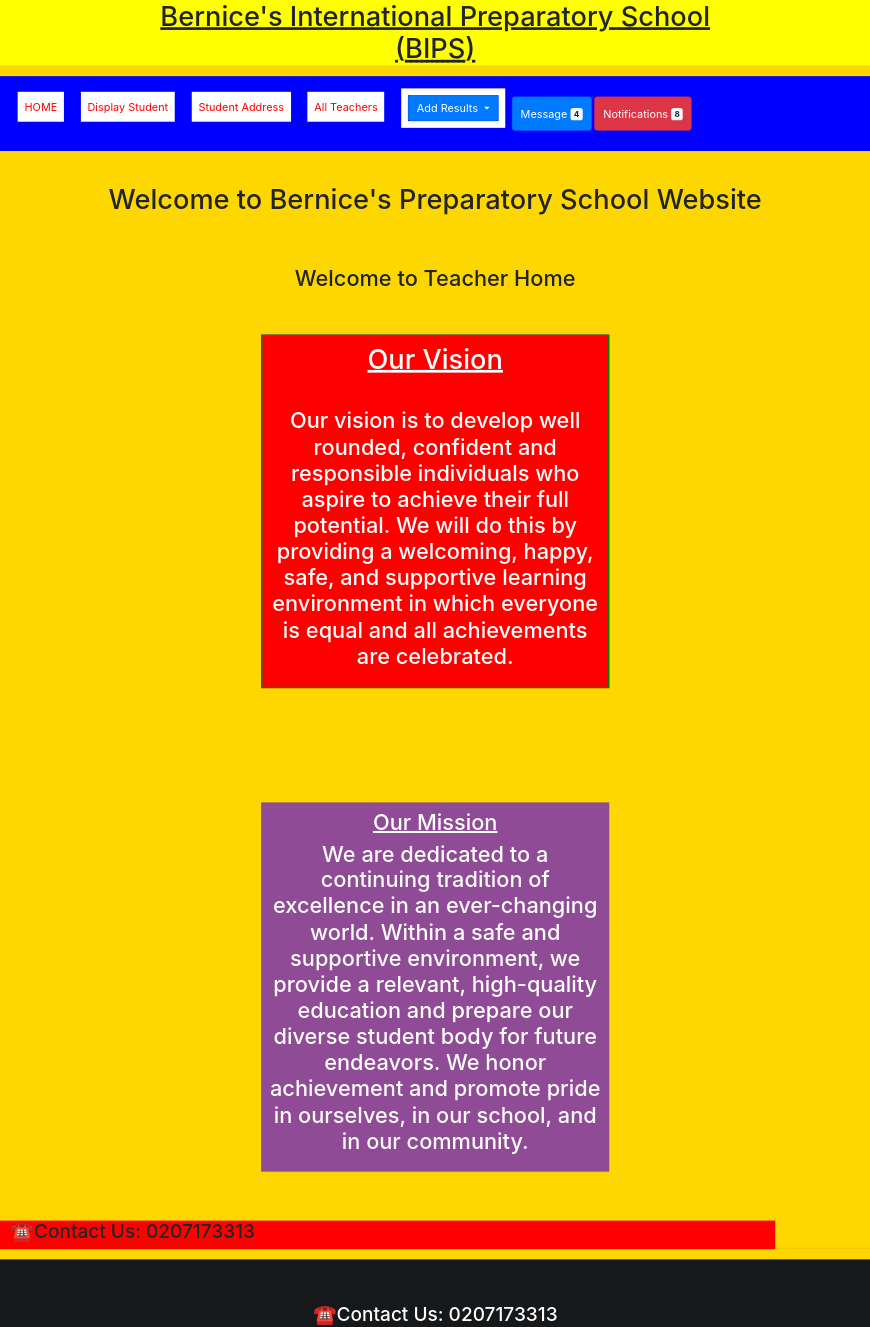
Repository: joseackah/eclipse-workspace
Page: http://localhost/com.school.mgt.system.Front.End/WEB-INF/views/teacherHome.jsp
An editor plug-in stored every save of this project. The page is shown before and after the next save, followed by the edit.
The browser window is 1280 px wide. The pictures show the whole page, at 68% of full size.
The page is served by Tomcat 9. Nobody is signed in. The template is opened directly, without the code that normally fills it, so the values that code supplies are empty.

Above is the page before, as saved 2021-08-14 21:32:46.

After the next save:
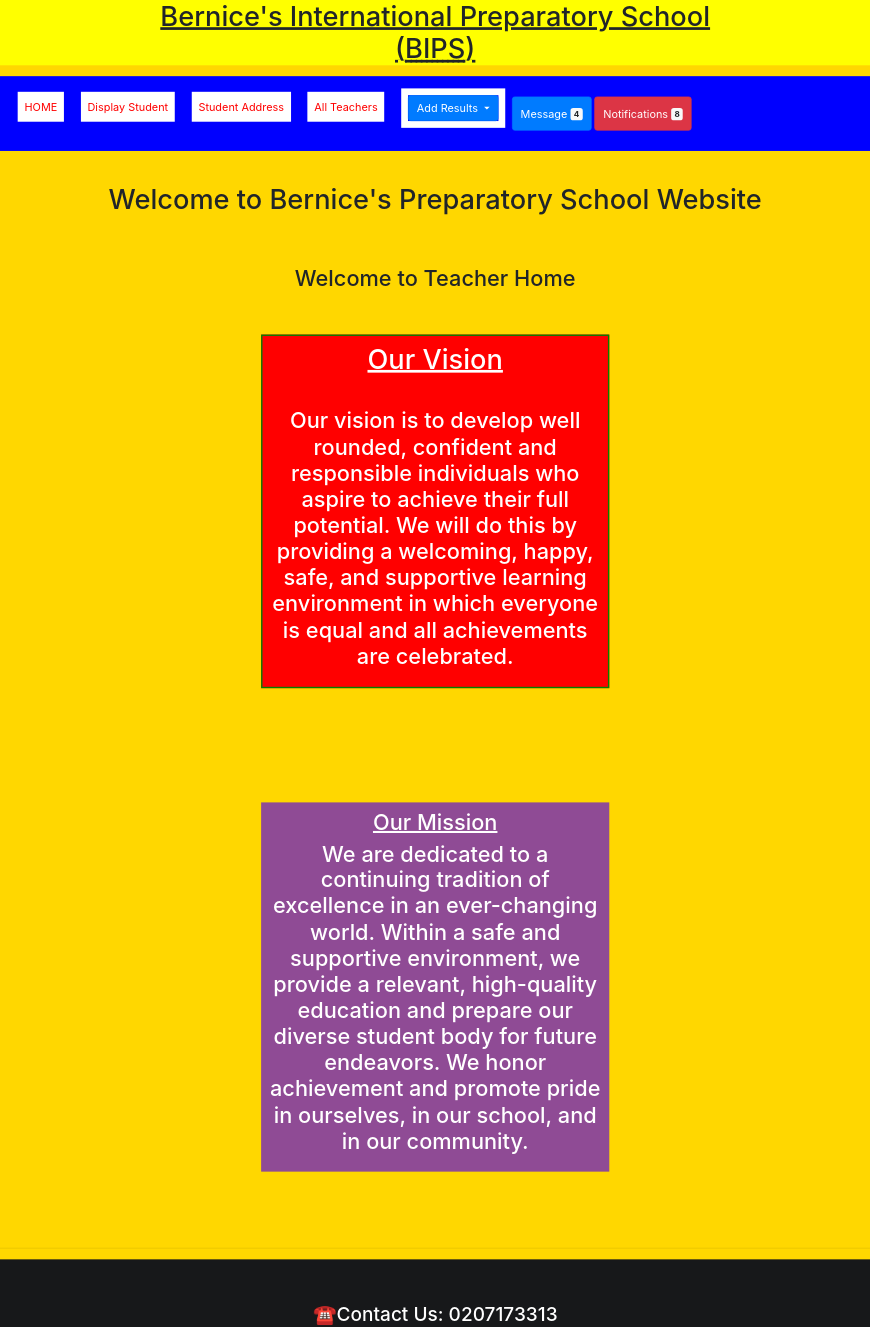
Saved 29 s later.
--- a/com.school.mgt.system.Front.End/src/main/webapp/WEB-INF/views/teacherHome.jsp
+++ b/com.school.mgt.system.Front.End/src/main/webapp/WEB-INF/views/teacherHome.jsp
@@ -130,11 +130,7 @@ align-content: center;</style>
 </aside>
 </section>
 <br /> <br/> <br/>
-<div id="" class="container" style="background-color:red; position:absolute; right: 20;">
-<footer >
-<h3 style="display:bottom; ">Contact Us: 0207173313</h3>
 
-</footer>
 </div> <br> <hr>
 
 <footer class="footer"  >
